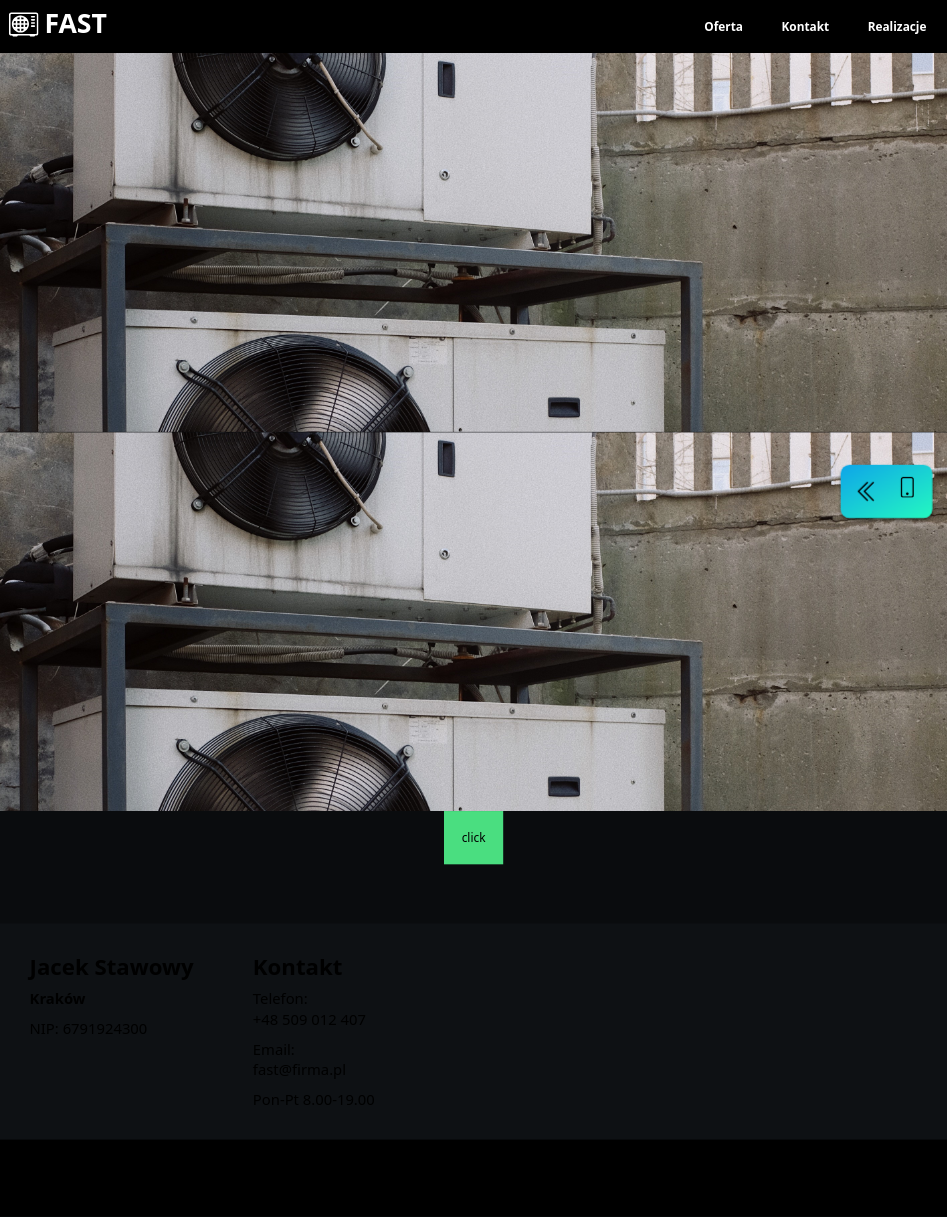
Repository: piotrokrutniak/Fast-CompanyWebsite
Page: /carousel
These files come from the project's save history. The page is drawn as it stood at one moment and after the next save; the edit follows.
The browser window is 1280 px wide. The pictures show the whole page, at 74% of full size.
The project was rebuilt for these pictures with package versions that can differ from the ones it lists, and the page was loaded fresh each time. The framework's server and built-in components were replaced by stand-ins that run in the browser. Also part of the build but not shown: next.config.js.

Above is the page before, as saved 2023-10-21 11:24:53.

### src/app/layout.js
import FootBar from './components/footbar/footbar'
import Navbar from './components/navbar/navbar'
import QuickContact from './components/quickContact'
import './globals.css'
import { Inter } from 'next/font/google'

const inter = Inter({ subsets: ['latin'] })

export const metadata = {
  title: 'Fast - Klimatyzacje Kraków',
  description: 'F.U.H. Fast Jacek Stawowy - Klimatyzacje',
}

export default function RootLayout({ children }) {
  return (
    <html lang="en" className=''>
      <body className='bg-black min-w-mobile overflow-x-hidden'>
        <div className='bg-slate-500/10 min-h-screen relative'>
          <Navbar/>
          {children}
          <QuickContact/>
          <FootBar/>
        </div>
      </body>
    </html>
  )
}

### src/app/(pages)/carousel/page.js
"use client"
import Image from "next/image"
import p1 from "../../../../public/img/air-conditioning-2.jpg"
import p2 from "../../../../public/img/heat-pump-2.jpg"
import p3 from "../../../../public/img/heating-2.jpg"
import { useEffect, useRef, useState } from "react"
// import ac1 from "./media/img/air-conditioning-2.jpg"
// import ac2 from "./media/img/heat-pump-2.jpg"
// import ac3 from "./media/img/heating-2.jpg"

export default function CarouselPage(){
    const slides = [p1, p2, p3]

    //const [activeIndex, setActiveIndex] = useState(0)

    const [activeIndex, setActiveIndex] = useState(0)

    function PrevSlide() {
      setActiveIndex(prevIndex => (prevIndex === 0 ? slides.length - 1 : prevIndex - 1))
    }

    function NextSlide() {
      setActiveIndex(prevIndex => (prevIndex === slides.length - 1 ? 0 : prevIndex + 1))
    }

    function GoToSlide(index) {
      setActiveIndex(index)
    }

    function useAutoSlide(intervalTime) {
      const intervalRef = useRef(null);

      function resetTimer() {
        clearInterval(intervalRef.current)
        startTimer()
      }

      function startTimer() {
        intervalRef.current = setInterval(() => {
          NextSlide();
        }, intervalTime)
      }

      useEffect(() => {
        startTimer()

        return () => {
          clearInterval(intervalRef.current)
        };
      }, []);

      useEffect(() => {
        resetTimer()
      }, [activeIndex])

      return resetTimer
    }

    const resetTimer = useAutoSlide(5000)

    return(
        <>
        <div className="w-full max-w-7xl relative mx-auto overflow-x-auto">
        <div className="relative w-full max-w-7xl h-128 flex overflow-visible -translate-x-[0%]">
            <div className="w-full h-full absolute">
                <Image src={p1} layout='fill' objectFit='cover' className="h-full"/>
            </div>
            <div className="w-full h-full absolute left-[100%]">
                <Image src={p2} layout='fill' objectFit='cover'/>
            </div>
            <div className="w-full h-full absolute left-[200%]">
                <Image src={p3} layout='fill' objectFit='cover'/>
            </div>
        </div>
        </div>
        <div className="w-full max-w-7xl relative mx-auto overflow-hidden">
        <div className={`relative w-full max-w-7xl h-128 flex gap-1 overflow-visible -translate-x-[${activeIndex * 100}%] transition-all`}>
            {slides.map((image, index) => <CarouselPanel image={image} key={index} index={index} />)}
        </div>
        </div>
        <div className="mx-auto w-fit p-6 bg-green-400" onClick={() => setActiveIndex(x => x+1)}>click</div>
        </>
    )
}

function CarouselPanel({image, index}){
    return (
        <div className={`w-full h-full absolute left-[${index * 100}%]`}>
            <Image src={image} layout='fill' objectFit='cover' className="h-full"/>
        </div>
        )
}

### src/app/components/footbar/footbar.js
import Link from "next/link";

export default function FootBar(){
    return(
        <footer className="bg-slate-500/5 mt-20">
            <div className="max-w-7xl w-full p-10 flex gap-8 sm:gap-20 m-auto">
                <div className="flex flex-col gap-3">
                    <h1 className="font-bold text-3xl">Jacek Stawowy</h1>
                    <h2 className="font-semibold text-xl">Kraków</h2>
                    <h2 className="font-thin text-xl">NIP: 6791924300</h2>
                </div>

                <div className="flex flex-col gap-3">
                    <h1 className="font-bold text-3xl">Kontakt</h1>
                    <h2 className="font-thin text-xl">Telefon:
                    <Link href={"tel:+48 509 012 407"} className="cursor-pointer hover:text-emerald-200">
                        <p className="whitespace-nowrap">
                            +48 509 012 407
                        </p>
                    </Link>
                    </h2>
                    <h2 className="font-thin text-xl">Email:
                    <Link href={"email:fast@firma.pl"} className="cursor-pointer hover:text-emerald-200">
                        <p className="whitespace-nowrap">
                            fast@firma.pl
                        </p>
                    </Link>
                    </h2>
                    <h2 className="font-thin text-xl">Pon-Pt 8.00-19.00</h2>
                </div>
            </div>
            <div className="bg-black flex p-10 ">
                <div className="xs:m-auto w-fit">
                    © Piotr Okrutniak 2022
                </div>
            </div>
        </footer>
    )
}

### src/app/components/navbar/navbar.js
"use client";
import { useState } from "react";
import ButtonBase from "../common/buttonBase";
import AcLogo from "../icons/ac";
import {BsList, BsXLg} from "react-icons/bs";
import Link from "next/link";

export default function Navbar(){
    const [mobileOpen, setMobileOpen] = useState(false)

    return(
        <nav className="sticky bg-black top-0 w-full py-3 px-5 sm:px-3  z-50">
            <div className="flex justify-between mx-auto max-w-7xl h-auto align-middle">
                <Link href="/">
                    <div className="text-white text-4xl font-bold hover:cursor-pointer flex gap-2 align-middle
                        hover:text-emerald-200 hover:fill-emerald-200 fill-white active:opacity-90 transition-all">
                        <AcLogo className="h-10 w-10 top-px relative"/>
                        FAST
                    </div>
                </Link>
                <div className="align-middle gap-5 text-black transition-all ease-in hidden sm:flex">
                    <Link href="/oferta">
                        <ButtonBase text="Oferta" color="bg-transparent" className="hover:bg-slate-400/25 text-white"  onClick={() => setMobileOpen(false)}/>
                    </Link>
                    <Link href="/kontakt">
                        <ButtonBase text="Kontakt" color="bg-transparent" className="hover:bg-slate-400/25 text-white"  onClick={() => setMobileOpen(false)}/>
                    </Link>
                    <Link href="/realizacje">
                        <ButtonBase text="Realizacje" color="bg-transparent" className="hover:bg-slate-400/25 text-white"  onClick={() => setMobileOpen(false)}/>
                    </Link>
                </div>
                <div className=" sm:hidden flex">
                    <BsList className="h-12 w-12 cursor-pointer hover:fill-emerald-200 active:opacity-90" onClick={() => setMobileOpen(true)}/>
                </div>
            </div>

            <div className={`${mobileOpen ? "" : "translate-x-full"} absolute w-screen h-screen bg-black left-0 top-0 sm:hidden transition-all`}>
                <div id="mobile-header" className="flex p-3 cursor-pointer" onClick={() => setMobileOpen(false)}>
                    <BsXLg className="w-14 h-14 p-2 hover:fill-emerald-200 active:opacity-70 absolute right-4"/>
                </div>
                <div id="mobile-list" className="flex flex-col w-full gap-8 justify-center text-xl px-5 py-32">
                    <Link href="/kontakt" onClick={() => setMobileOpen(false)}>
                        <ButtonBase text="Kontakt" className="w-full py-6 px-10 bg-gradient-to-br hover:from-sky-500 hover:to-emerald-200 self-center" color="bg-slate-500/25"/>
                    </Link>
                    <Link href="/oferta" onClick={() => setMobileOpen(false)}>
                        <ButtonBase text="Oferta" className="w-full py-6 px-10 bg-gradient-to-br hover:from-sky-500 hover:to-emerald-200 self-center" color="bg-slate-500/25"/>
                    </Link>
                    <Link href="/realizacje" onClick={() => setMobileOpen(false)}>
                        <ButtonBase text="Realizacje" className="w-full py-6 px-10 bg-gradient-to-br hover:from-sky-500 hover:to-emerald-200 self-center" color="bg-slate-500/25"/>
                    </Link>
                    <Link href="/" onClick={() => setMobileOpen(false)}>
                        <ButtonBase text="Strona Główna" className="w-full py-6 px-10 bg-gradient-to-br hover:from-sky-500 hover:to-emerald-200 self-center" color="bg-slate-500/25"/>
                    </Link>
                </div>
                <div className="p-10 justify-self-center w-full text-center bottom-0 absolute">
                    © Piotr Okrutniak 2022
                </div>
            </div>
        </nav>
    )
}

### src/app/components/quickContact.js
"use client";

import Link from "next/link";
import { useState } from "react"
import {BsChevronDoubleRight, BsPhone} from "react-icons/bs"

export default function QuickContact(){
    const [folded, setFolded] = useState(true)

    function Transition(){
        setFolded((old) => !old)
    }

    return(
        <div className="bg-gradient-to-br from-sky-500 to-emerald-200 rounded-xl w-fit sm:p-5 p-3 text-base
            font-normal shadow-md shadow-black/50 fixed right-5 bottom-5 flex items-center gap-4 transition-all ease-in-out whitespace-nowrap">
            <BsChevronDoubleRight className={`${folded ? "rotate-180" : "rotate-0"} transition-all ease-in h-8 w-8 cursor-pointer active:opacity-60 select-none`}
                onClick={() => Transition()}/>
            <div className="flex gap-2">
                <p className={`${folded ? "w-0" : "w-72 max-sm:w-44"} overflow-hidden transition-all ease-in flex max-sm:flex-col`}><p>Skontaktuj się z nami:</p> <Link href={"tel:+48 509 012 407"} className="cursor-pointer">+48 509 012 407</Link></p>
                <BsPhone className="h-7 w-7 animate-bounce self-center"/>
            </div>
        </div>
    )
}

### src/app/globals.css
@import 'tailwindcss/base';
@import 'tailwindcss/components';
@import 'tailwindcss/utilities';

:root {

}

@media (prefers-color-scheme: dark) {
  :root {
    --foreground-rgb: 255, 255, 255;
    scroll-behavior: smooth;
  }
}

body {
  color: rgb(var(--foreground-rgb));
  background: linear-gradient(
      to bottom,
      transparent,
      rgb(var(--background-end-rgb))
    )
    rgb(var(--background-start-rgb));
}

@layer base {
  html {
    scroll-behavior: smooth;
  }
}

### src/app/components/common/buttonBase.js
export default function ButtonBase({...props}){
    return(
        <button className={`${props.className} ${props.color ?? "bg-sky-500"} py-3 px-4 rounded-lg font-semibold active:opacity-80 flex items-center gap-2 whitespace-nowrap transition-all`}
            onClick={props.onClick}>
            {props.text} {props.icon ?? ""}
        </button>
    )
}

### src/app/components/icons/ac.js
export default function AcLogo({...props}){
    return(
        <svg
            xmlns="http://www.w3.org/2000/svg"
            xmlSpace="preserve"
            width={800}
            height={800}
            viewBox="0 0 507.802 507.802"
            {...props}
        >
            <path d="M465.7 47.901H42.3c-23.3 0-42.3 18.9-42.3 42.3v313.3c0 23.3 19 42.3 42.3 42.3h16.1c0 7.8 6.3 14.1 14.1 14.1H139c7.8 0 14.1-6.3 14.1-14.1h201.6c0 7.8 6.3 14.1 14.1 14.1h66.5c7.8 0 14.1-6.3 14.1-14.1h16.1c23.3 0 42.3-19 42.3-42.3v-313.3c.2-23.4-18.8-42.3-42.1-42.3zm0 369.7H42.3c-7.8 0-14.1-6.3-14.1-14.1v-313.3c0-7.8 6.3-14.1 14.1-14.1h423.3c7.8 0 14.1 6.3 14.1 14.1v313.3h.1c0 7.8-6.3 14.1-14.1 14.1z" />
            <path d="M435.6 107.801H391c-7.8 0-14.1 6.3-14.1 14.1s6.3 14.1 14.1 14.1h44.6c7.8 0 14.1-6.3 14.1-14.1s-6.3-14.1-14.1-14.1zM435.6 161.601H391c-7.8 0-14.1 6.3-14.1 14.1s6.3 14.1 14.1 14.1h44.6c7.8 0 14.1-6.3 14.1-14.1s-6.3-14.1-14.1-14.1zM435.6 215.301H391c-7.8 0-14.1 6.3-14.1 14.1s6.3 14.1 14.1 14.1h44.6c7.8 0 14.1-6.3 14.1-14.1s-6.3-14.1-14.1-14.1zM435.6 269.101H391c-7.8 0-14.1 6.3-14.1 14.1s6.3 14.1 14.1 14.1h44.6c7.8 0 14.1-6.3 14.1-14.1s-6.3-14.1-14.1-14.1zM198.3 99.701c-81.1 0-147.1 66-147.1 147.1s66 147.1 147.1 147.1 147.1-66 147.1-147.1-66-147.1-147.1-147.1zm-80.9 233.9c-2-1.9-3.9-3.8-5.8-5.8h5.8v5.8zm0-34H92c-5.9-11.9-10-24.9-11.6-38.6h37v38.6zm0-66.9h-37c1.6-13.7 5.6-26.7 11.6-38.6h25.4v38.6zm0-66.8h-5.8c1.9-2 3.8-3.9 5.8-5.8v5.8zm66.8 198.9c-13.7-1.6-26.7-5.7-38.6-11.6v-25.4h38.6v37zm0-65.2h-38.6v-38.6h38.6v38.6zm0-66.9h-38.6v-38.6h38.6v38.6zm0-66.8h-38.6v-25.4c11.9-5.9 24.9-10 38.6-11.6v37zm95.1-5.8c2 1.9 3.9 3.8 5.8 5.8h-5.8v-5.8zm0 34h25.4c5.9 11.9 10 24.9 11.6 38.6h-37v-38.6zm-28.2 159.1c-11.9 5.9-24.9 10-38.6 11.6v-37h38.6v25.4zm0-53.6h-38.6v-38.6h38.6v38.6zm0-66.9h-38.6v-38.6h38.6v38.6zm0-66.8h-38.6v-37c13.7 1.6 26.7 5.7 38.6 11.6v25.4zm28.2 167.7v-5.8h5.8c-1.9 2-3.8 4-5.8 5.8zm0-34v-38.6h37c-1.6 13.7-5.7 26.7-11.6 38.6h-25.4z" />
        </svg>
    )
}

### tailwind.config.js
/** @type {import('tailwindcss').Config} */
module.exports = {
  content: [
    './src/pages/**/*.{js,ts,jsx,tsx,mdx}',
    './src/components/**/*.{js,ts,jsx,tsx,mdx}',
    './src/app/**/*.{js,ts,jsx,tsx,mdx}',
  ],
  theme: {
    extend: {
      backgroundImage: {
        'gradient-radial': 'radial-gradient(var(--tw-gradient-stops))',
        'gradient-conic':
          'conic-gradient(from 180deg at 50% 50%, var(--tw-gradient-stops))',
      },
      height:{
        '112': '28rem',
        '128': '32rem',
      },
      width:{
        '112': '28rem',
        '128': '32rem',
      },
      colors:{
        "emerald":{
          "50": "#b0fde8",
          "100": "#60FBD2",
          "200": "#24F9C1",
          "400": "#06EFB1",
          "500": "#06d6a0",
        }
      },
      minWidth:{
        'mobile': '360px',
        '54': '258px',
      },
      screens:{
        'xs': '580px',
        '850': '850px',
      },
    },
  },
  plugins: [],
}

After the next save:
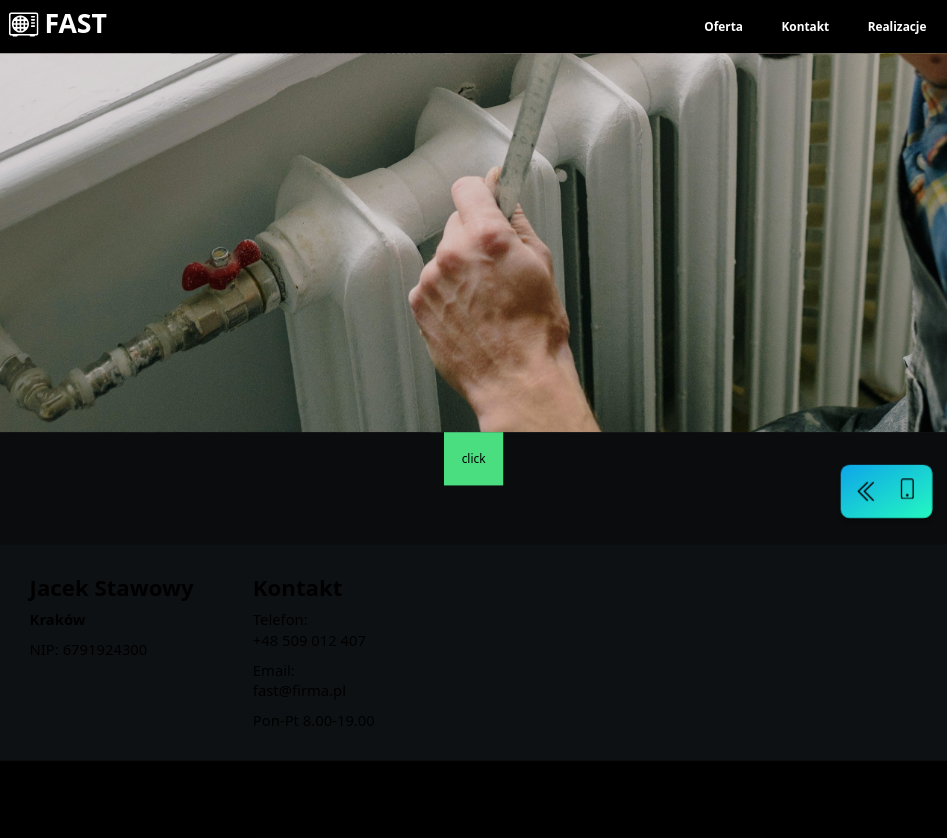
Saved 86 s later.
--- a/src/app/(pages)/carousel/page.js
+++ b/src/app/(pages)/carousel/page.js
@@ -60,21 +60,8 @@ export default function CarouselPage(){
 
     return(
         <>
-        <div className="w-full max-w-7xl relative mx-auto overflow-x-auto">
-        <div className="relative w-full max-w-7xl h-128 flex overflow-visible -translate-x-[0%]">
-            <div className="w-full h-full absolute">
-                <Image src={p1} layout='fill' objectFit='cover' className="h-full"/>
-            </div>
-            <div className="w-full h-full absolute left-[100%]">
-                <Image src={p2} layout='fill' objectFit='cover'/>
-            </div>
-            <div className="w-full h-full absolute left-[200%]">
-                <Image src={p3} layout='fill' objectFit='cover'/>
-            </div>
-        </div>
-        </div>
         <div className="w-full max-w-7xl relative mx-auto overflow-hidden">
-        <div className={`relative w-full max-w-7xl h-128 flex gap-1 overflow-visible -translate-x-[${activeIndex * 100}%] transition-all`}>
+        <div className={`relative w-full max-w-7xl h-128 flex overflow-visible -translate-x-[${activeIndex * 100}%] transition-all`}>
             {slides.map((image, index) => <CarouselPanel image={image} key={index} index={index} />)}
         </div>
         </div>
